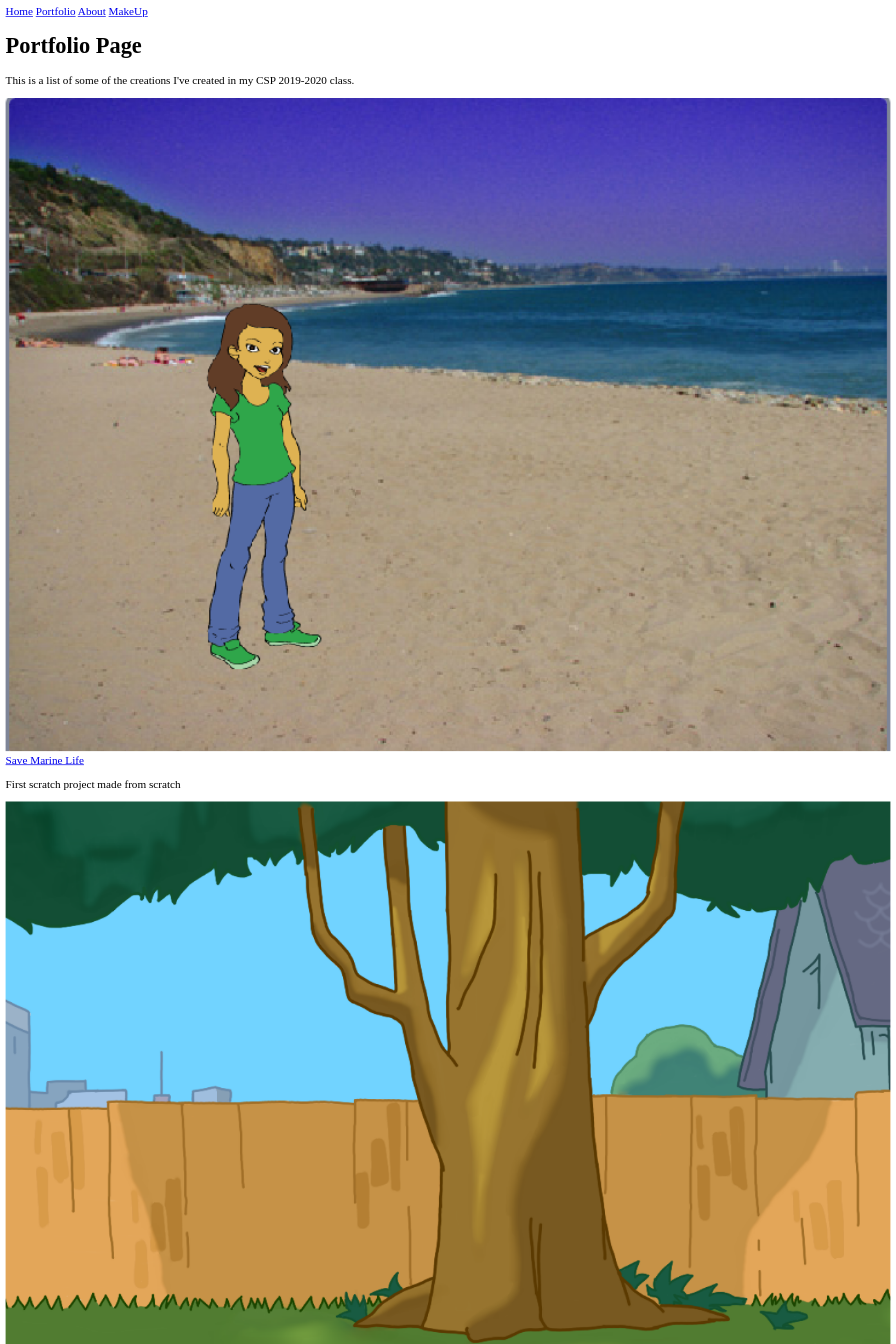
Repository: EMcmurray1862/emcmurray1862.github.io
Page: my_website/portfolio.html
The author's editor kept a record of every edit. The page is drawn from the files as they stood at one moment, then again after the next edit.
The browser window is 1280 px wide. The pictures show the part of the page from y = 0 to 1920 px (the page is 4248 px tall before and 3763 px after), at 70% of full size.

Above is the page before.

### my_website/portfolio.html
<!doctype html>
	<html lang="en">
	  <head>
	    <meta charset="utf-8">
	    <title>Portfolio</title>
	  </head>
	  <body>
    <a href="index.html">Home</a>
    <a href="portfolio.html">Portfolio</a>
    <a href="about.html">About</a>
    <a href="makeup.html">MakeUp</a>
  <h1>Portfolio Page</h1>
  <p>This is a list of some of the creations I've created in my CSP 2019-2020 class.</p>

<!-- Portfolio Gallery Grid -->
<div class="row">
  <div class="column">
    <div class="content">
    <img src="images/scratch.PNG" style="width:100%" "length:200%">
      <a href="https://scratch.mit.edu/projects/326744008/">Save Marine Life</a>
      <p>First scratch project made from scratch </p>
    </div>
  </div>
  <div class="column">
    <div class="content">
    <img src="images/backyard.png" style="width:100%" "length:50%">
      <a href="http://ai2.appinventor.mit.edu/?galleryId=4793477667356672">Trampoline Bounce</a>
      <p>First MIT APP Inventor </p>
    </div>
  </div>
  <div class="column">
    <div class="content">
    <img src="images/daisy.jpg" style="width:100%" "length:50%">
       <h3>Not Yet Created </h3>
    </div>
  </div>
  <div class="column">
    <div class="content">
    <img src="images/daisy.jpg" style="width:100%" "length:50%">
      <h3>Not Yet Created </h3>
     </div>
  </div>
  </div>
	  </body>
	</html>

After the next edit:
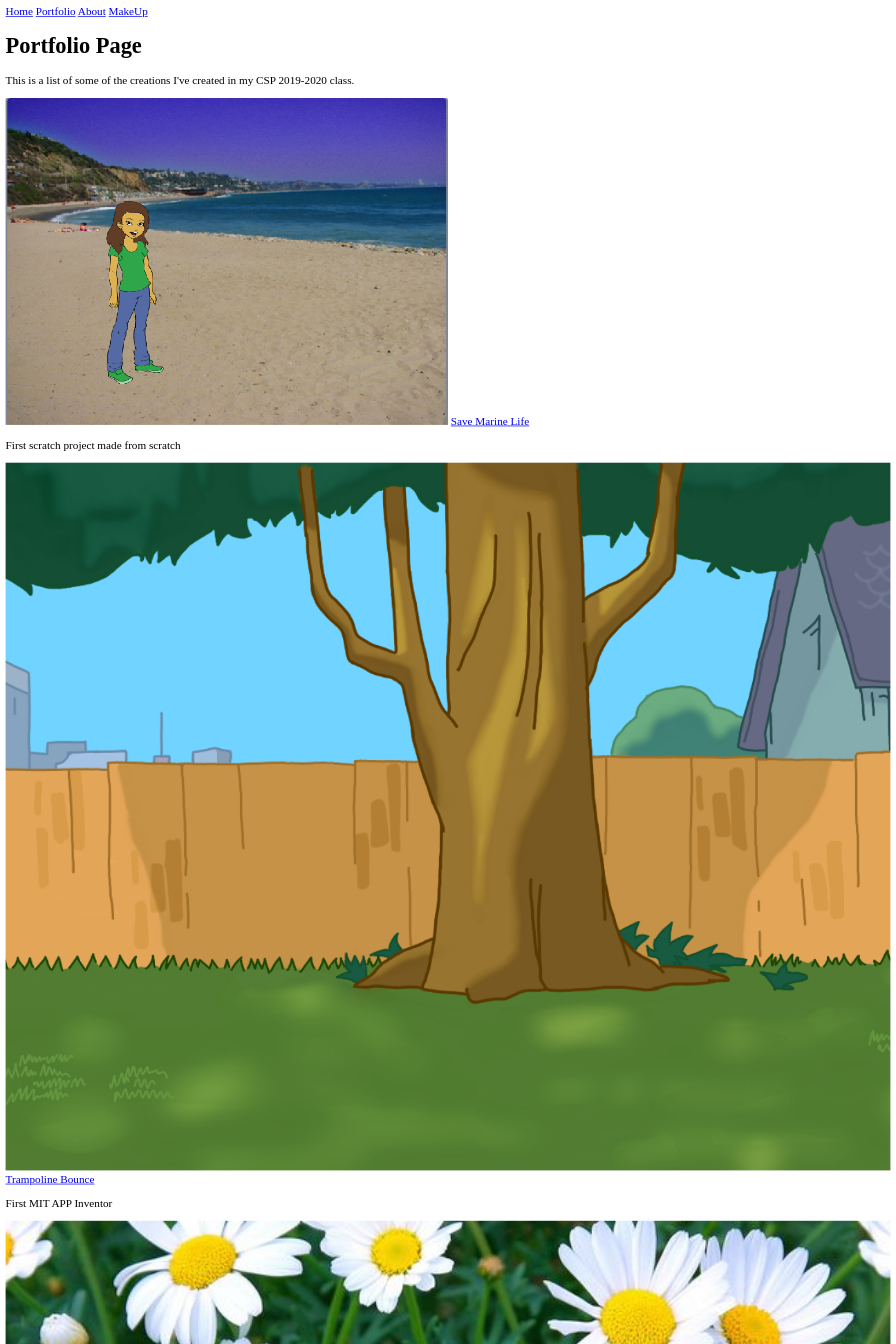
The edit:
--- a/my_website/portfolio.html
+++ b/my_website/portfolio.html
@@ -16,7 +16,7 @@
 <div class="row">
   <div class="column">
     <div class="content">
-    <img src="images/scratch.PNG" style="width:100%" "length:200%">
+    <img src="images/scratch.PNG" style="width:50%" "length:50%">
       <a href="https://scratch.mit.edu/projects/326744008/">Save Marine Life</a>
       <p>First scratch project made from scratch </p>
     </div>
